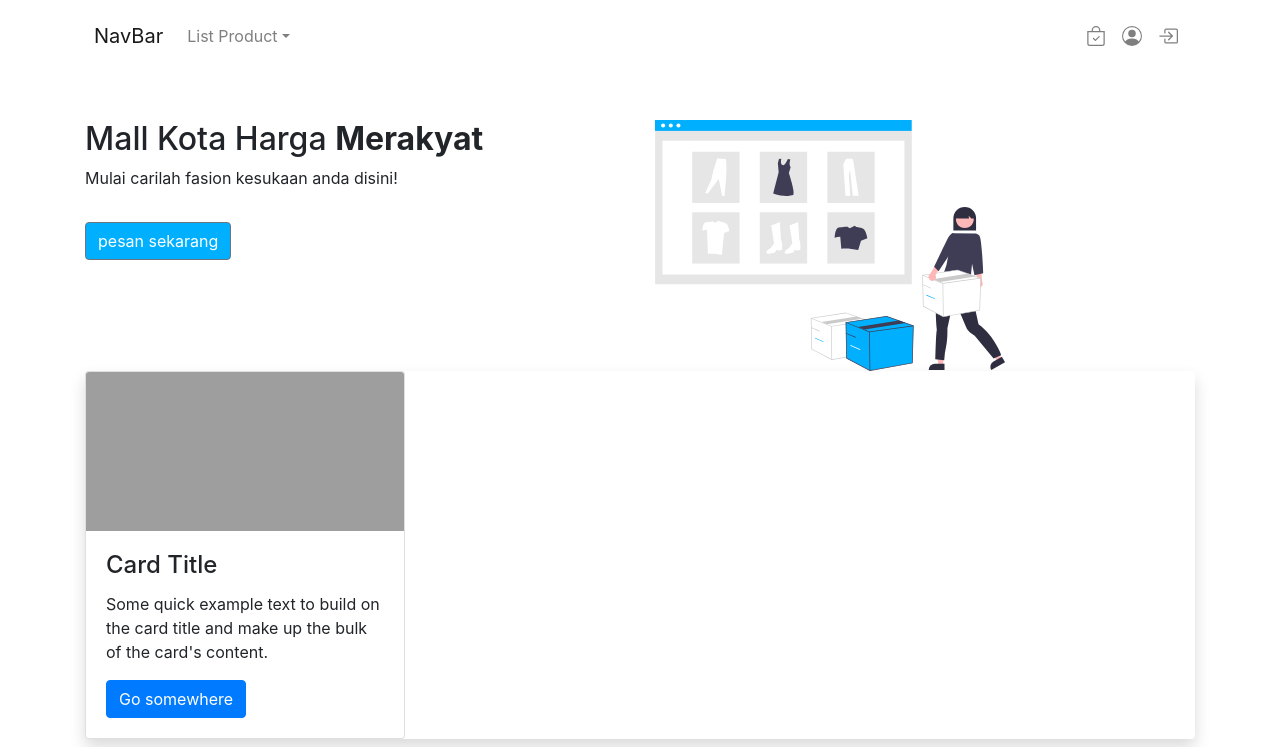
Repository: AHSANS354/ecommerce-catalog
Page: /
An editor plug-in stored every save of this project. The page is shown before and after the next save, followed by the edit.
The browser window is 1280 px wide. The pictures show the whole page.
Pictures or frames that could not be fetched are drawn as grey boxes. The project was rebuilt for these pictures with package versions that can differ from the ones it lists, and the page was loaded fresh each time. Also part of the build but not shown: vue.config.js.

Above is the page before, as saved 2023-03-01 16:26:59.

After the next save:
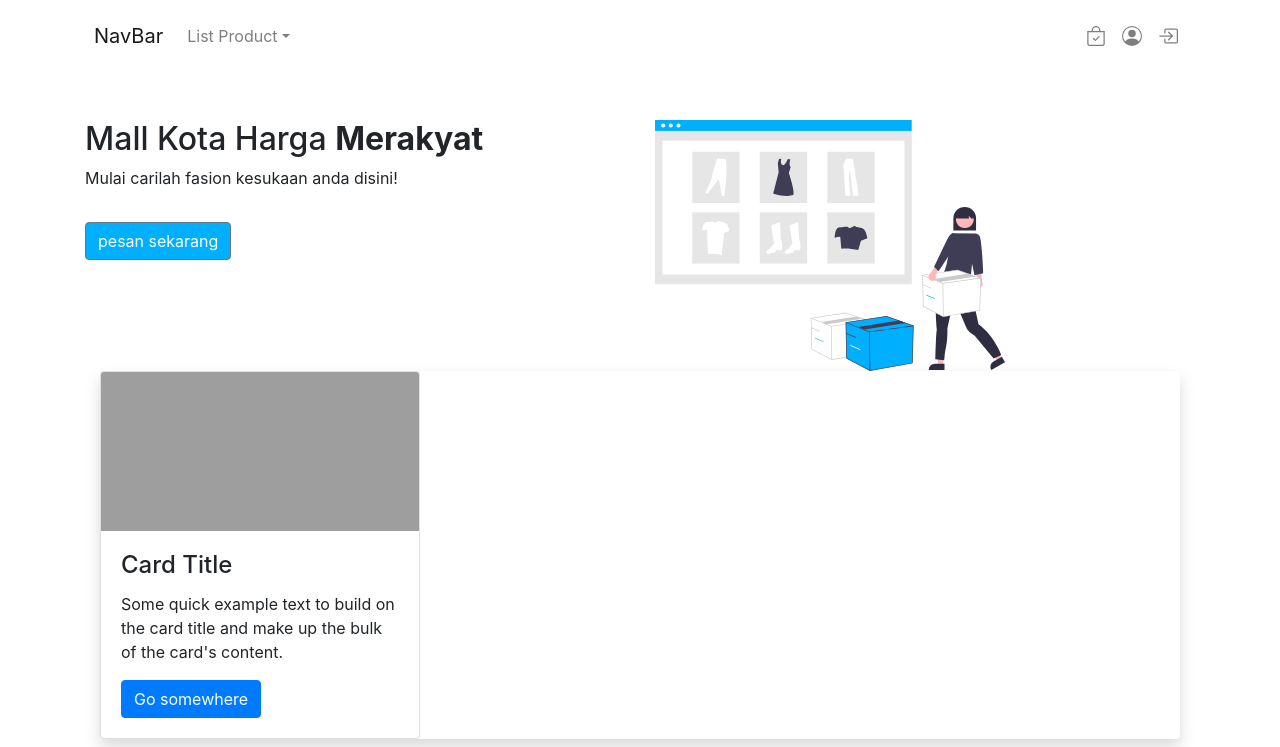
Saved 2 min 14 s later.
--- a/src/views/HomeView.vue
+++ b/src/views/HomeView.vue
@@ -16,7 +16,11 @@
             width="350"
           />
         </div>
-        <card-product />
+      </div>
+      <div class="row">
+        <div class="col">
+          <card-product />
+        </div>
       </div>
     </div>
   </div>
